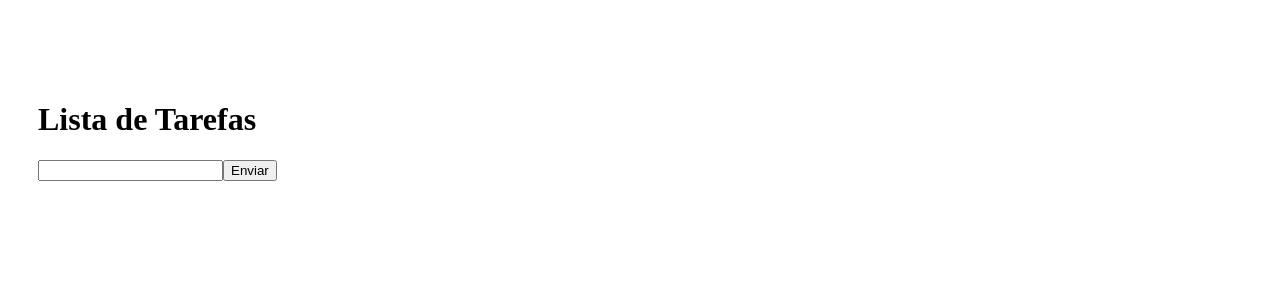
Repository: FellipeMiguel/lista-de-tarefas
Page: /
The author's editor kept a copy of each file at every save. The page is drawn from the files as they stood at one save, then again after the next save.
The browser window is 1280 px wide. The pictures show the whole page.
The project was rebuilt for these pictures with package versions that can differ from the ones it lists, and the page was loaded fresh each time. Also part of the build but not shown: src/App.css.

Above is the page before, as saved 2023-06-14 23:01:48.

After the next save:
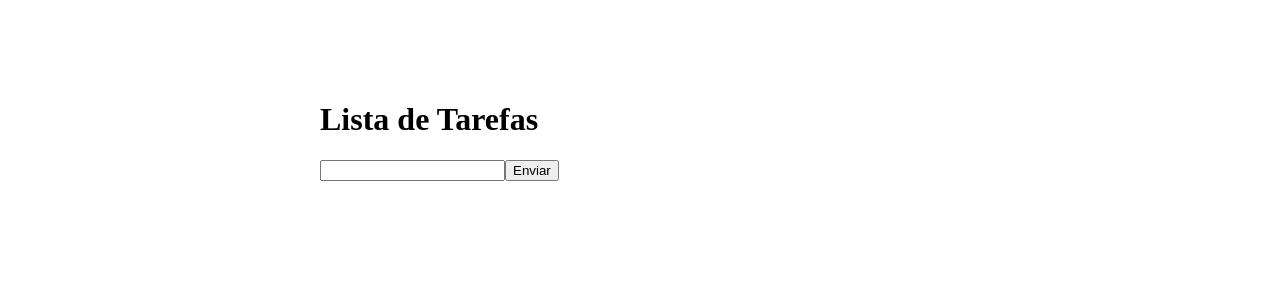
Saved 14 s later.
--- a/src/components/Main.css
+++ b/src/components/Main.css
@@ -2,4 +2,5 @@
   background: #fff;
   padding: 30px;
   margin: 50px auto;
+  max-width: 640px;
 }
